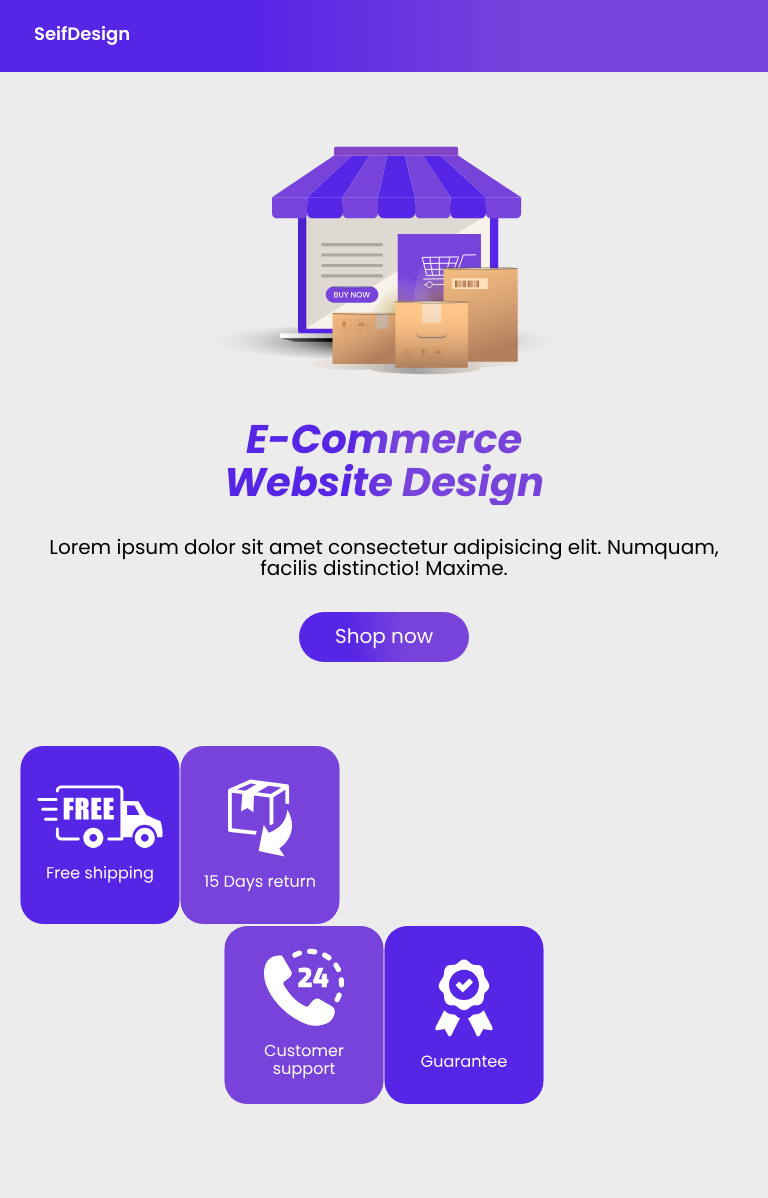
Repository: NatiqSamiyev/commers-desing-JS
Page: index.html
These files come from the project's save history. The page is drawn as it stood at one moment and after a run of saves; the edit follows.
The browser window is 768 px wide. The pictures show the whole page.
Some web fonts or font styles are not loaded; a fallback is used.

Above is the page before, as saved 2023-11-06 11:47:23.

### index.html
<!DOCTYPE html>
<html lang="en">
  <head>
    <meta charset="UTF-8" />
    <meta name="viewport" content="width=device-width, initial-scale=1.0" />
    <title>Document</title>
    <link rel="stylesheet" href="index.css" />
  </head>
  <body>
    <div class="commerse-design-container">
      <div class="top-container">
        <h1>SeifDesign</h1>

        <nav>
          <ul>
            <li>
              <a href="#">Product</a>
            </li>
            <li>
              <a href="#">Pricing</a>
            </li>
            <li>
              <a href="#">Contact</a>
            </li>
          </ul>
        </nav>


      </div>

      <main>
        <div class="image-container">
          <div class="box-1">
            <h2>E-Commerce Website Design</h2>
            <p>
              Lorem ipsum dolor sit amet consectetur adipisicing elit. Numquam,
              facilis distinctio! Maxime.
            </p>
            <button>
              <a href="#">Shop now</a>
            </button>
          </div>

          <div class="box-2">
            <img src="./image/Group.svg" alt="" />
          </div>
        </div>


        <div class="bottom-container">
          <div class="box-1">
            <img src="./image/Frame 12.svg" alt="" />
            <img src="./image/Frame 11.svg" alt="" />
          </div>
         <div class="box-2">
          <img src="./image/Frame 10.svg" alt="" />
          <img src="./image/Frame 13.svg" alt="" />
         </div>

        </div>
      </main>


  </body>
  <script src="./index.js"></script>
</html>

### index.css
@import url("https://fonts.googleapis.com/css2?family=Epilogue:wght@400;600;700;800;900&family=Inter:wght@400;500;600;700&family=Laila:wght@700&family=Open+Sans:wght@400;600;700;800&family=Poppins:ital,wght@0,400;0,500;0,600;0,700;1,700&family=Roboto+Slab:wght@700&family=Roboto:wght@400;700;900&display=swap");

* {
  margin: 0;
  padding: 0;
  box-sizing: border-box;
}

.commerse-design-container {
  width: 100%;
  padding: 0 0 33px 0;
  min-height: 100vh;
}

.top-container {
  width: 100%;
  padding: 16px 0 21px 34px;
  height: 72px;
  display: flex;
  justify-content: flex-start;
  align-items: center;
  background: linear-gradient(270deg, #7743db 31.64%, #5725e5 66.78%);
}

.top-container h1 {
  color: #fff;
  font-family: Poppins;
  font-size: 26px;
  font-style: normal;
  font-weight: 600;
  line-height: normal;
}

.top-container nav {
  margin-left: 200px;
}

.top-container nav ul {
  display: flex;
}

.top-container nav ul li {
  margin-right: 73px;
  list-style-type: none;
}

.top-container nav ul li a {
  text-decoration: none;
  color: #fff;
  text-align: center;
  font-family: Poppins;
  font-size: 24px;
  font-style: normal;
  font-weight: 300;
  line-height: normal;
}



main {
  width: 100%;
  padding: 100px 83px;

}
main .image-container{
  margin-bottom: 83px;
  display: flex;
  justify-content: space-between;
}

main .image-container .box-1 {
  /* padding: 3px 34px;
  height: 403px; */
}

.box-1 h2 {
  margin-bottom: 32px;
  font-family: Poppins;
  font-size: 68px;
  font-style: italic;
  font-weight: 700;
  line-height: 109%;
  background: linear-gradient(268deg, #7743db 46.2%, #5725e5 59.09%);
  background-clip: text;
  -webkit-background-clip: text;
  -webkit-text-fill-color: transparent;
}

.box-1 p {
  margin-bottom: 32px;
  color: #000;
  font-family: Poppins;
  font-size: 26px;
  font-style: normal;
  font-weight: 300;
  line-height: 109%;
}

.box-1 button {
  width: 170px;
  height: 50px;
  padding: 0px 24px;
  display: flex;
  justify-content: center;
  align-items: center;
  gap: 10px;
  border-radius: 25px;
  background: linear-gradient(263deg, #7743db 38.81%, #5725e5 70.24%);
  border: none;
}

.box-1 button a {
  text-decoration: none;
  color: #fff;
  font-family: Poppins;
  font-size: 20px;
  font-style: normal;
  font-weight: 400;
  line-height: 109%;
}

.box-2 img {
  width: 677.61px;
  height: 437.417px;
}

.bottom-container {
  display: flex;
  justify-content: center;
}

.bottom-container img {
  margin-right: 64px;
  width: 178px;
  height: 199px;
  padding: 10px;
  border-radius: 25px;
}
.bottom-container .box-1{
  display: flex;
}

.bottom-container .box-2{
  display: flex;
}
/* mobile design */

@media screen and (max-width: 768px) {
  .commerse-design-container {
    background-color: #ececec;
  }

  .top-container {
    /* padding: 17.5px 20px/; */
    justify-content: space-between;
  }

  .top-container h1 {
    font-size: 18px;
  }

  .top-container nav {
    display: none;
  }



  main {
    padding: 60px 20px;
    margin-bottom: 0;

  }

  .image-container  .box-2 {
    margin-bottom: 29px;
    display: flex;
    justify-content: center;
    align-items: center;
  }
 .image-container {
  flex-direction: column-reverse;
 }
 .image-container   .box-2 img {
    width: 352px;
    height: 256.511px;
  }

 .image-container .box-1 {
    width: 100%;
    /* padding: 0; */
    /* height: 312px; */
    display: flex;
    justify-content: center;
    flex-direction: column;
    align-items: center;
  }

 .image-container .box-1 h2 {
    width: 390px;
    text-align: center;
    font-size: 40px;
  }

  .box-1 p {

    text-align: center;
    font-size: 20px;
  }

  .bottom-container {
    margin-top: 46px;
    display: flex;
    flex-direction: column;
  }
  .bottom-container  .box-2{
    flex-direction: row-reverse;
    justify-content: center;
  }

  .bottom-container img {
    width: 160px;
    height: 180px;
    padding: 0;
    margin-right: 0;
  }

  .box-1 button {
    margin-bottom: 0;
  }
}

Loaded but not shown: index.js (no stored copy; drawn as an empty file)

After the next 3 saves:
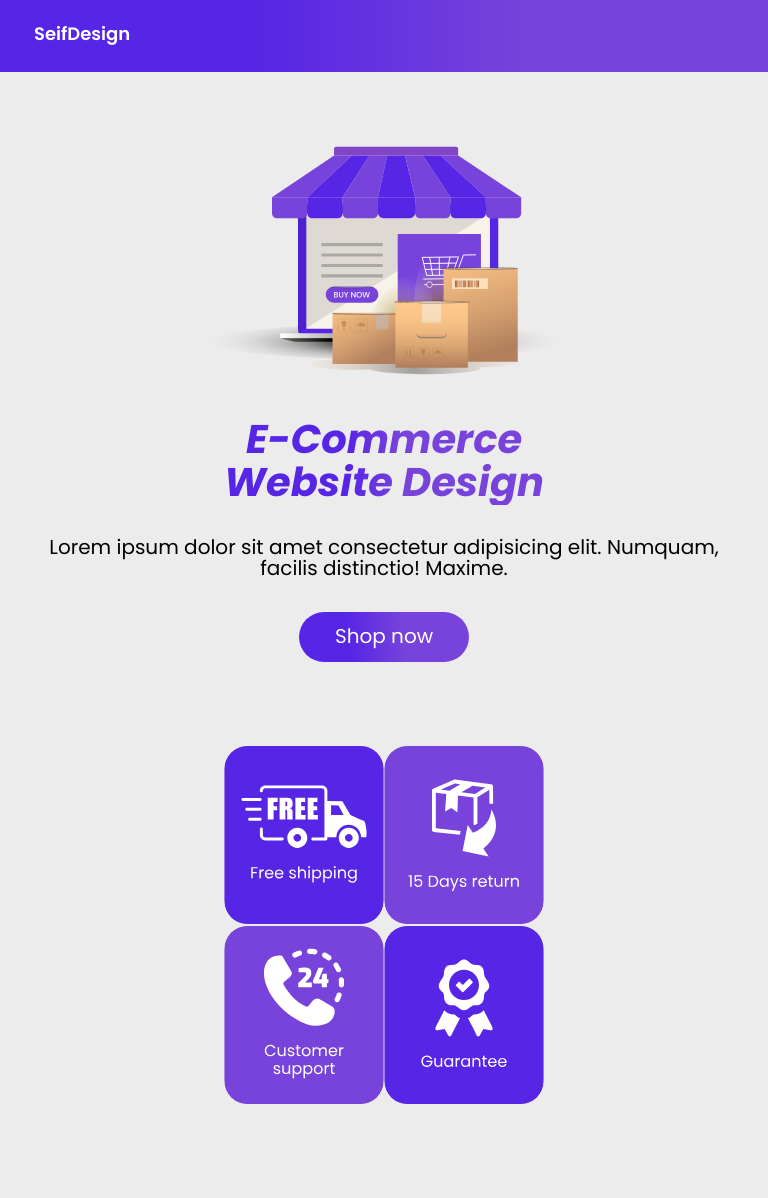
The 3 saves are shown as one change because they came seconds apart.
The last was saved 9 s later.
--- a/index.css
+++ b/index.css
@@ -216,7 +216,10 @@ main .image-container .box-1 {
     flex-direction: row-reverse;
     justify-content: center;
   }
-
+  .bottom-container  .box-1{
+
+    justify-content: center;
+  }
   .bottom-container img {
     width: 160px;
     height: 180px;
